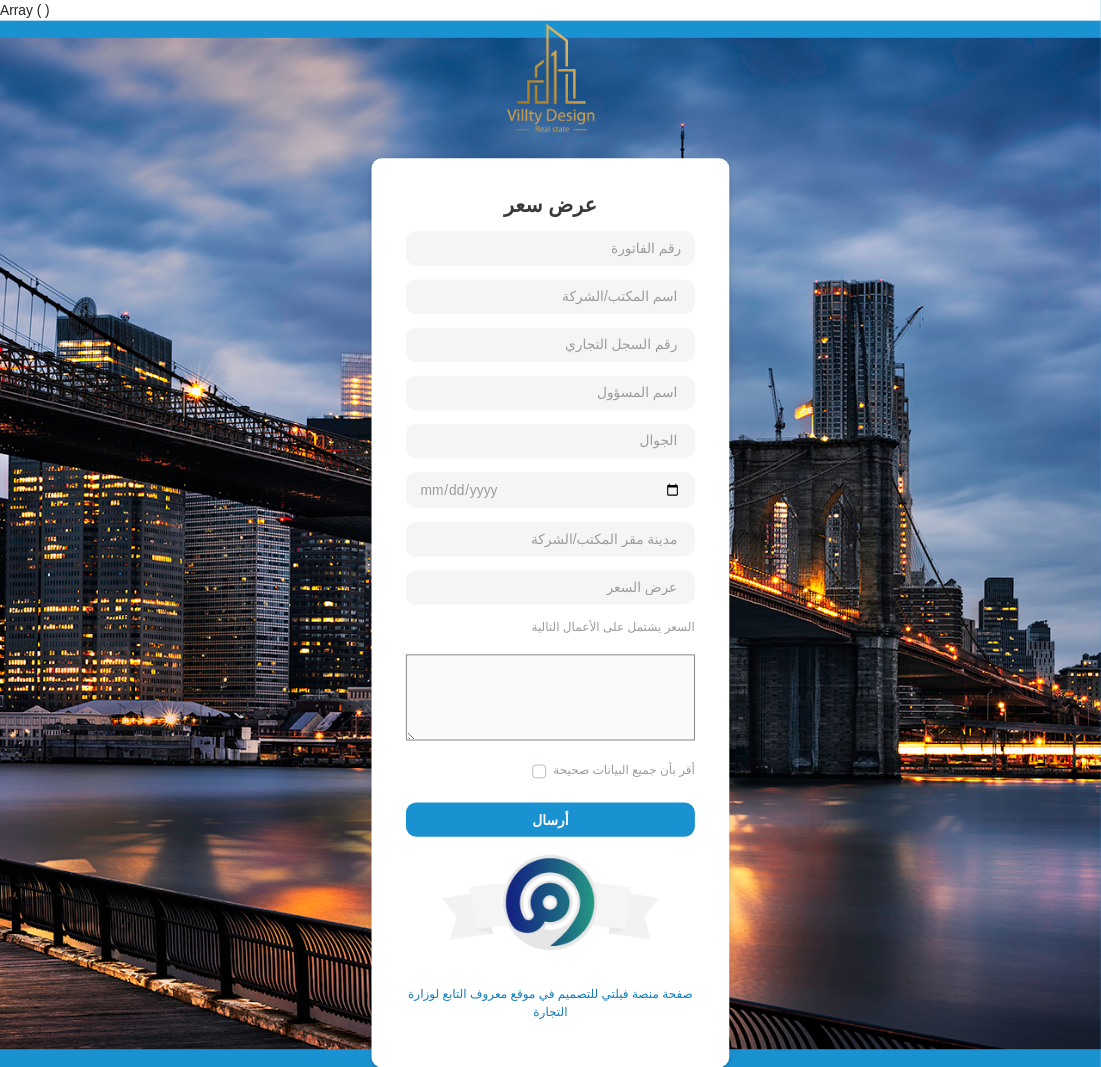
Repository: freejob985/shohragroup_form
Page: http://localhost/
These files come from the project's save history. The page is drawn as it stood at one moment and after a run of saves; the edit follows.
The browser window is 1280 px wide. The pictures show the whole page, at 86% of full size.
Some web fonts or font styles are not loaded; a fallback is used. The page is run by PHP 8.4 with error messages shown; the project is at /var/www/html/.

Above is the page before, as saved 2020-11-21 13:44:25.

After the next 6 saves:
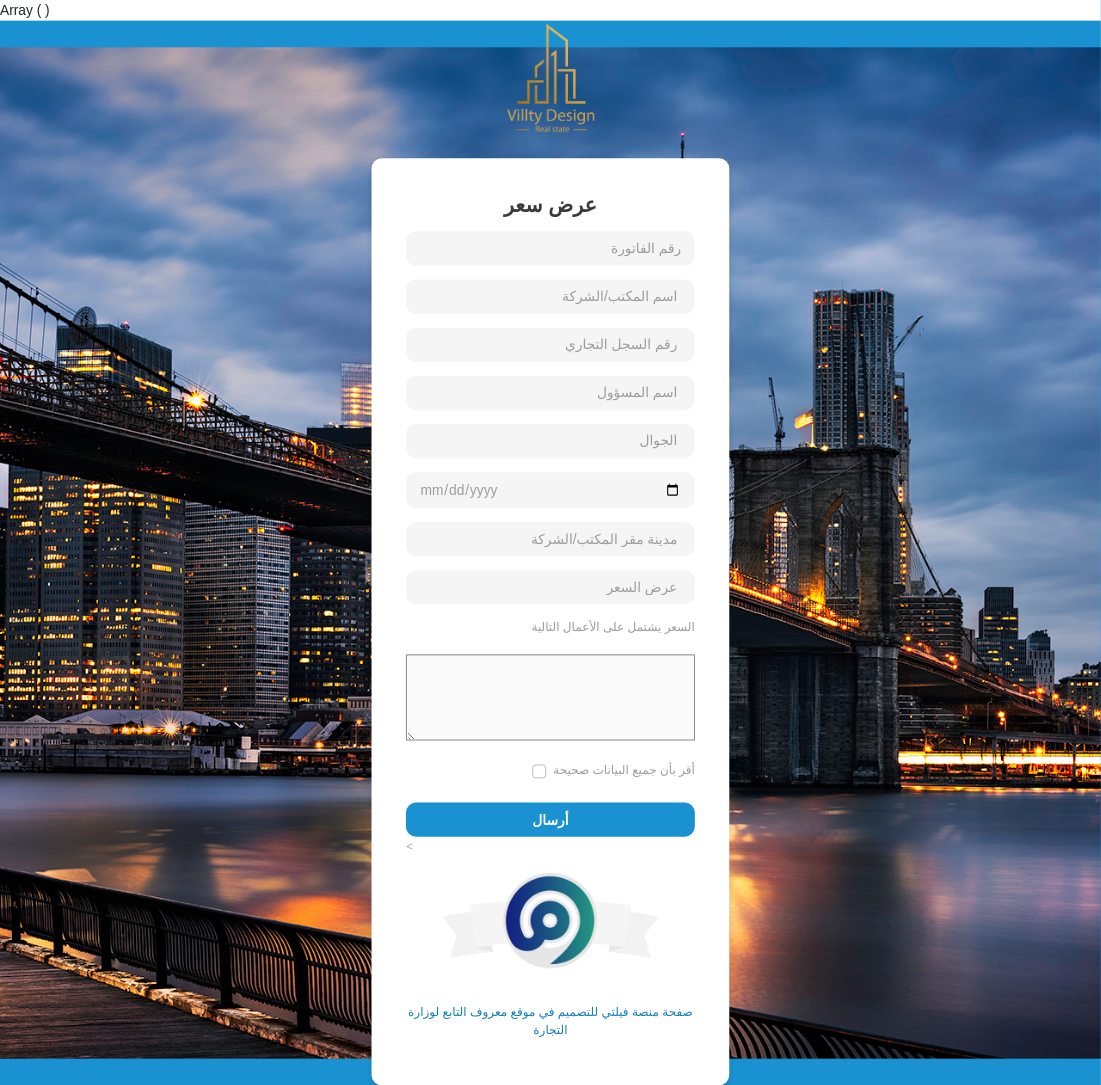
The 6 saves are shown as one change because they came seconds apart.
The last was saved 92 s later.
--- a/index.php
+++ b/index.php
@@ -169,6 +169,7 @@ body,h1,h2,h3,h4,h5,h6,p,a,input,span,label{   font-family: 'Tajawal', sans-seri
             <div>
                 <button type="sub" class="btn btn-primary btn-block">أرسال</button>
             </div>
+            >
             <div class="text-center">
 			</br>
 <img src="img/ImageNoCr.png" />
